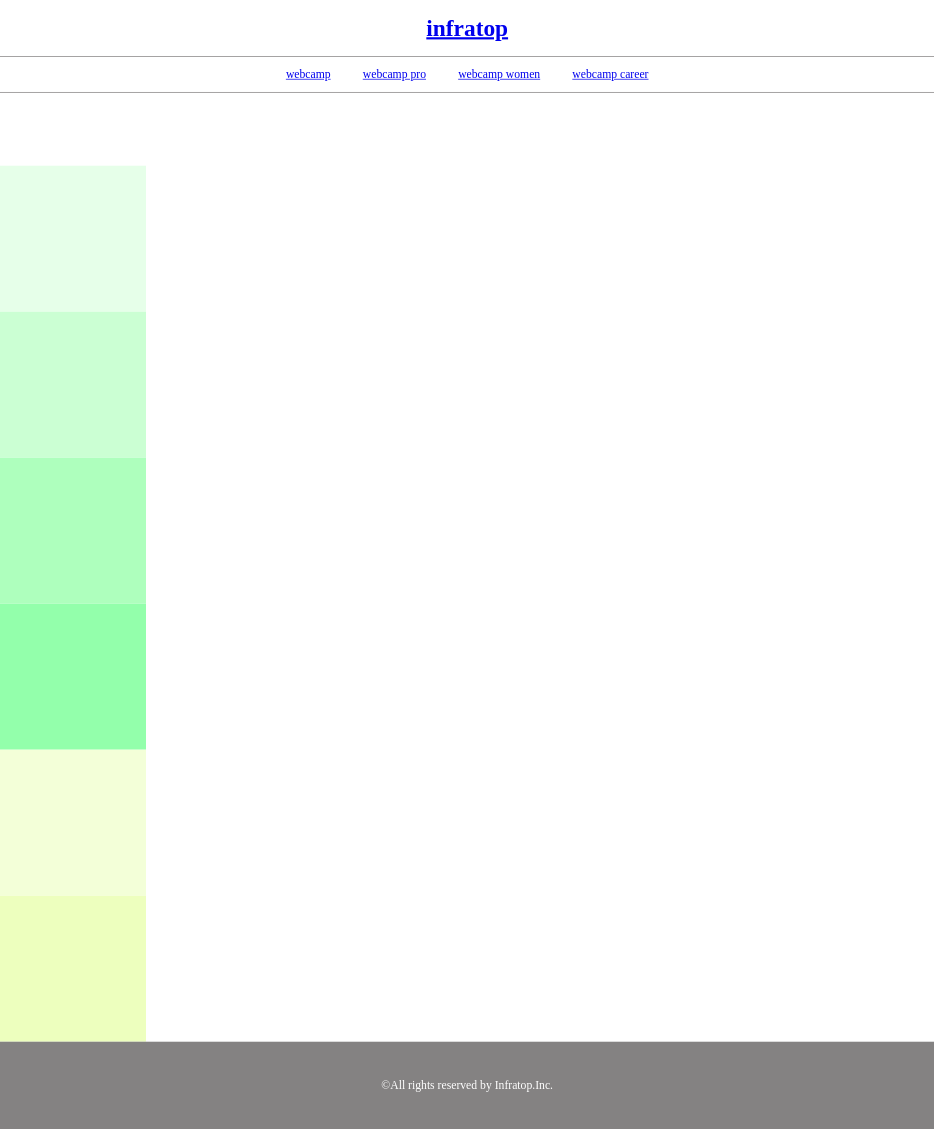
Repository: pooh0721/-
Page: chapter5/index.html
The author's editor kept a record of every edit. The page is drawn from the files as they stood at one moment, then again after the next edit.
The browser window is 1280 px wide. The pictures show the whole page, at 73% of full size.

Above is the page before.

After the next edit:
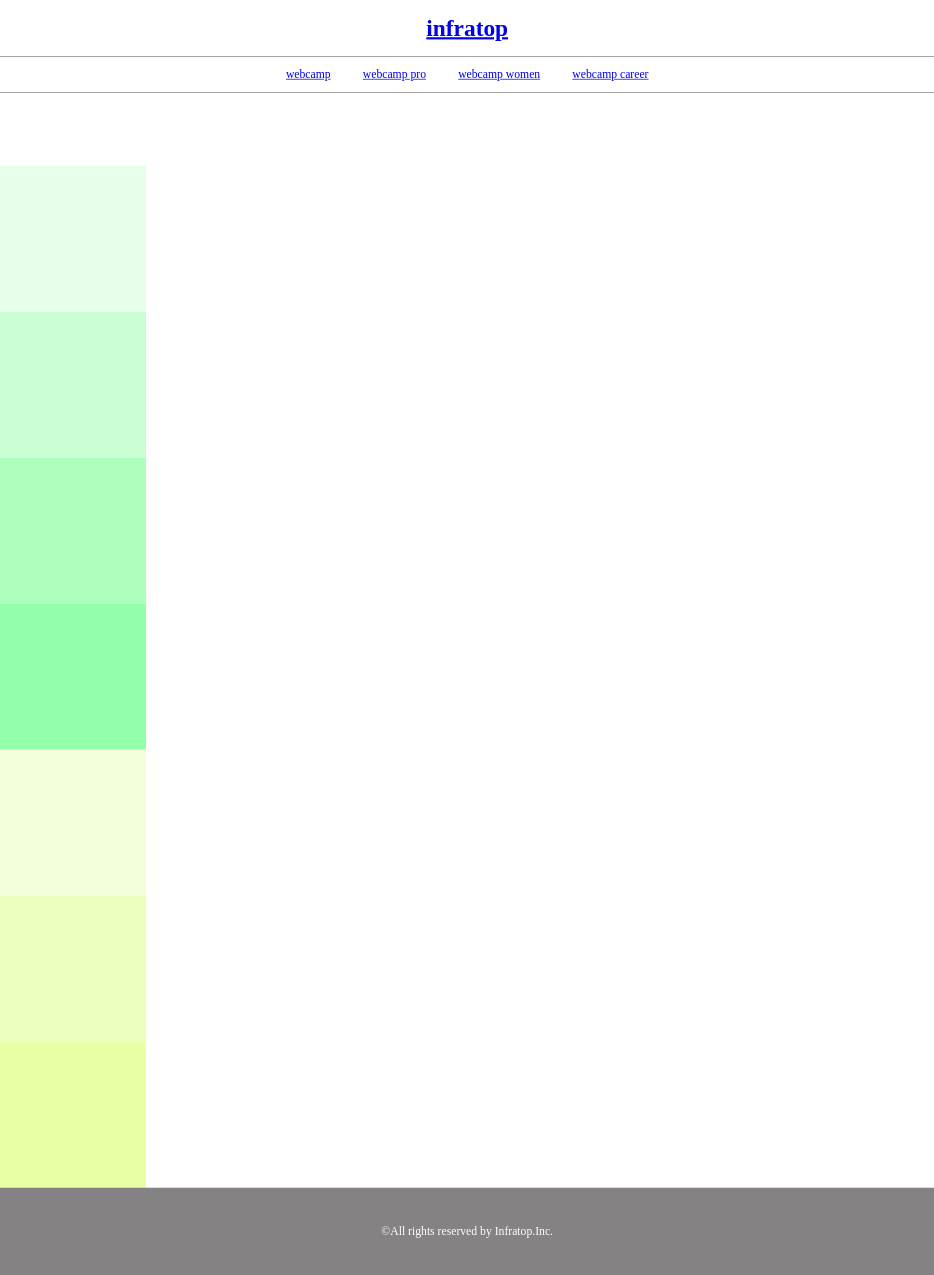
The edit:
--- a/chapter5/index.html
+++ b/chapter5/index.html
@@ -45,7 +45,7 @@
 
       <div class="box6"></div>
 
-      <div class="box"></div>
+      <div class="box7"></div>
 
       <div class="box"></div>
 
